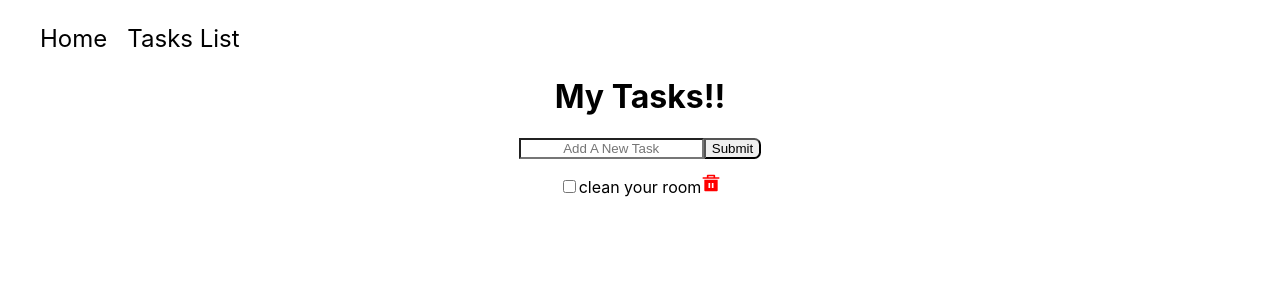
Repository: runner855/abstract_todolist
Page: /
The author's editor kept a copy of each file at every save. The page is drawn from the files as they stood at one save, then again after the next save.
The browser window is 1280 px wide. The pictures show the whole page.
The project was rebuilt for these pictures with package versions that can differ from the ones it lists, and the page was loaded fresh each time.

Above is the page before, as saved 2022-11-09 14:32:03.

After the next save:
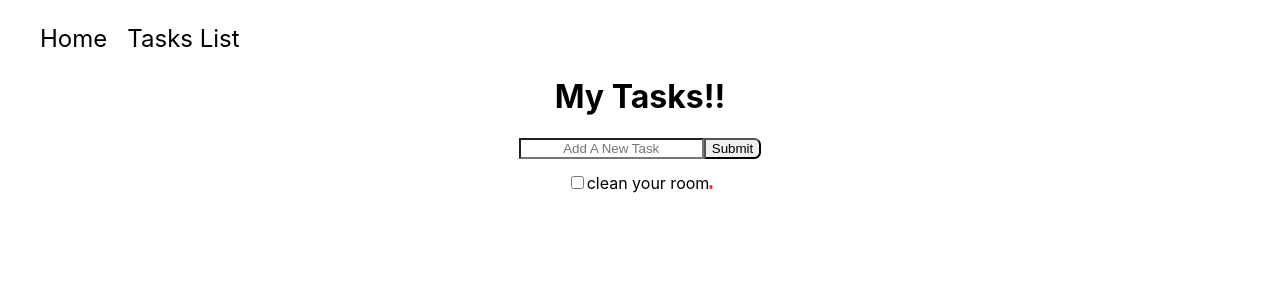
Saved 7 s later.
--- a/src/App.css
+++ b/src/App.css
@@ -27,5 +27,5 @@ a:hover{
 
 svg{
   color:red;
-  font-size: 20px;
+  font-size: 4px;
 }
